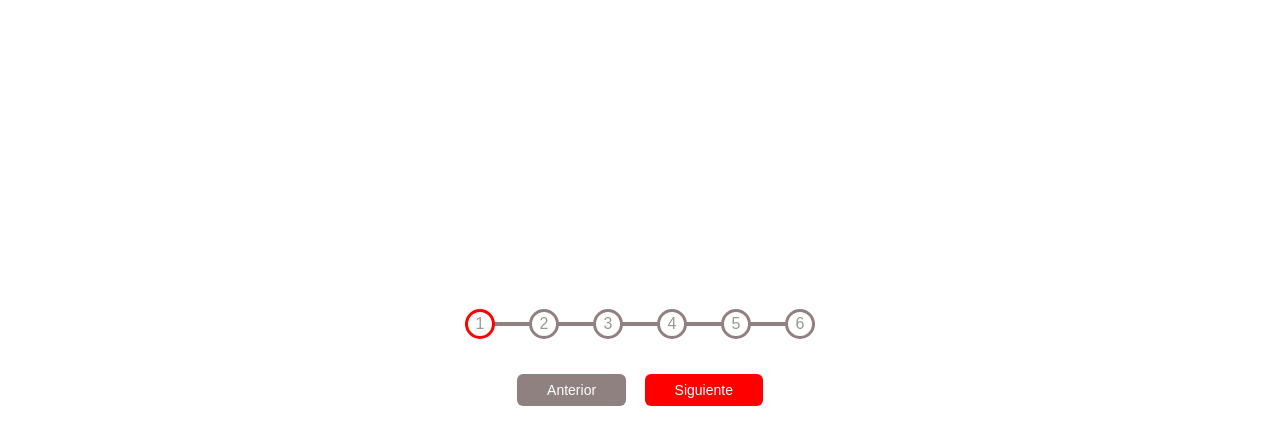
Repository: ElideZavala/Linea-de-tiempo
Page: index.html
These files come from the project's save history. The page is drawn as it stood at one moment and after the next save; the edit follows.
The browser window is 1280 px wide. The pictures show the whole page.
Some web fonts or font styles are not loaded; a fallback is used.

Above is the page before, as saved 2021-05-28 08:54:10.

After the next save:
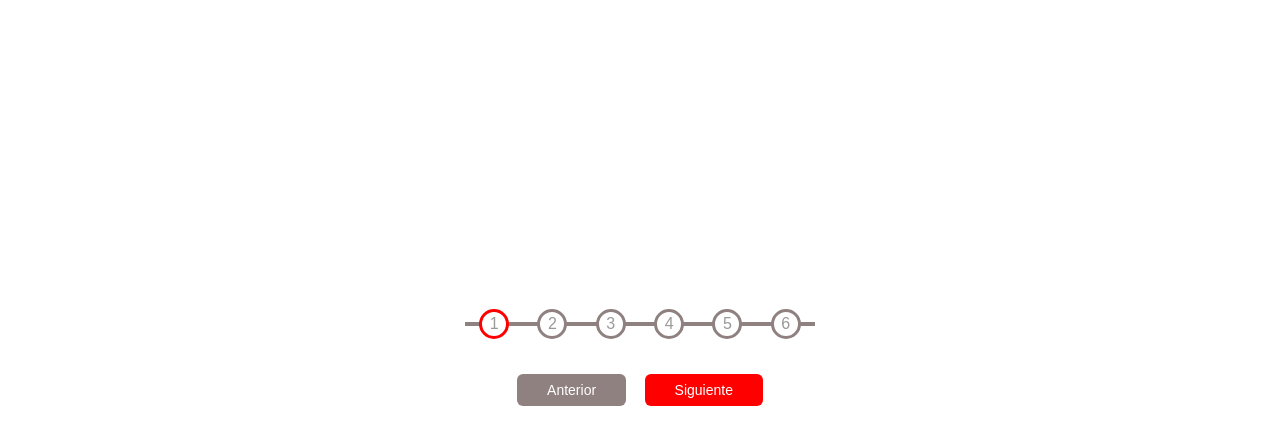
Saved 13 s later.
--- a/style.css
+++ b/style.css
@@ -24,12 +24,11 @@ body {
 
 .container {
 	text-align: center;
-	justify-content: space-evenly;
 }
 
 .progress-container {
 	display: flex;
-	justify-content: space-between;
+	justify-content: space-around;
 	position: relative;
 	margin-bottom: 30px;
 	max-width: 100%;
